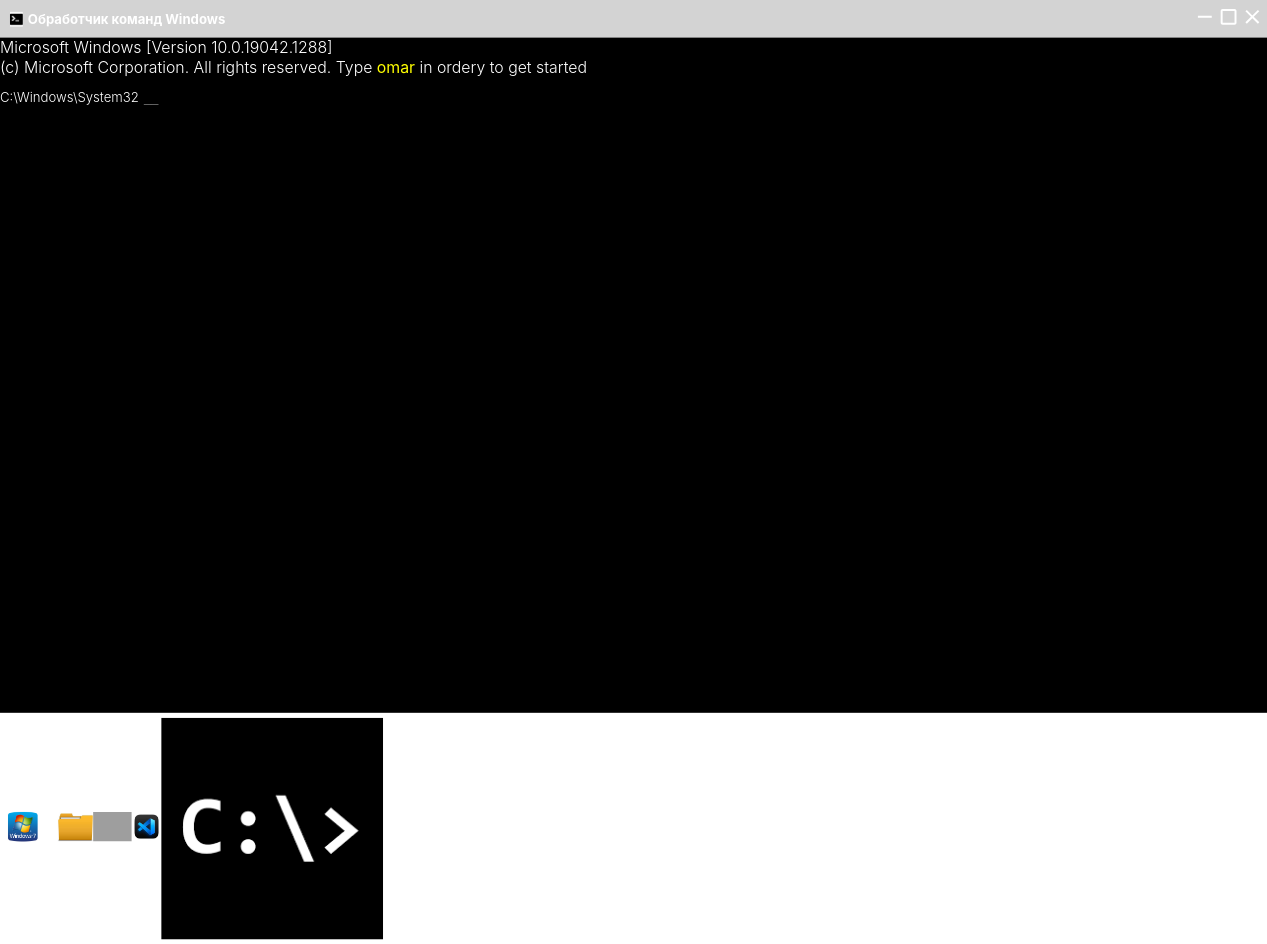
Repository: om1ars/cmd-port
Page: /
An editor plug-in stored every save of this project. The page is shown before and after the next save, followed by the edit.
The browser window is 1280 px wide. The pictures show the whole page, at 99% of full size.
Pictures or frames that could not be fetched are drawn as grey boxes. The project was rebuilt for these pictures with package versions that can differ from the ones it lists, and the page was loaded fresh each time.

Above is the page before, as saved 2021-11-04 17:07:17.

### src/index.css
* {
  margin: 0;
  overflow-x: hidden;
}
body {
  margin: 0;
  font-family: -apple-system, BlinkMacSystemFont, 'Segoe UI', 'Roboto', 'Oxygen',
    'Ubuntu', 'Cantarell', 'Fira Sans', 'Droid Sans', 'Helvetica Neue',
    sans-serif;
  -webkit-font-smoothing: antialiased;
  -moz-osx-font-smoothing: grayscale;
}

code {
  font-family: source-code-pro, Menlo, Monaco, Consolas, 'Courier New',
    monospace;
}

### src/App.js
import { Close, CropSquare, Fastfood, Remove } from "@material-ui/icons";
import { useState } from "react";
import cmd from "./assets/cdm3.png";
import { Footer } from "./Footer";
import "./styles.css";

function App() {
  const [state, setState] = useState("");
  const [stateSecond, setStateSecond] = useState("");
  const [omar, setOmar] = useState("");
  const [please, setPlease] = useState("");
  const [port, setPort] = useState("");
  const [about, setAbout] = useState("");
  const [exit, setExit] = useState("");
  const [shrink, setShrink] = useState(false);
  const [closeIcon, setCloseIcon] = useState(false);

  console.log(state);

  const handleSubmit = (e) => {
    e.preventDefault();
    setState("");
  };

  const handleSubmitSecond = (e) => {
    e.preventDefault();
    setStateSecond("");
  };

  const handleClick = () => {
    if (state === "omar") {
      setOmar("omar");
      setPlease("");
    } else if (state === "") {
      setPlease("Please type something otherwise you can not see anything");
      setOmar("");
    }
  };
  const handleClickSecond = () => {
    if (stateSecond === "exit") {
      setExit("exited");
      setAbout("");
      setPort("");
    } else if (stateSecond === "port") {
      setPort("port");
      setAbout("");
      setExit("");
    } else if (stateSecond === "about") {
      setPort("about");
      setAbout("");
      setExit("");
    }
  };

  const handleShrink = () => {
    setShrink(!shrink);
  };

  const handleCloseIcon = () => {
    setCloseIcon(!closeIcon);
  };

  return (
    <>
    <div
      className={`App__container ${shrink && `shrink`} ${closeIcon && `close`}`}
    >
      <div className="App__navbar">
        <div className="left">
          <img src={cmd} />
          <h5>Обработчик команд Windows</h5>
        </div>
        <div className="right">
          <Remove />
          <CropSquare onClick={handleShrink} />
          <Close onClick={handleCloseIcon} />
        </div>
      </div>
      <div className="app__context">
        <p>
          Microsoft Windows [Version 10.0.19042.1288] <br /> (c) Microsoft
          Corporation. All rights reserved. Type <span> omar </span> in ordery
          to get started
        </p>
        <h5>
          C:\Windows\System32
          <form onSubmit={handleSubmit}>
            <input
              value={state}
              onChange={(e) => setState(e.target.value)}
              type="text"
              placeholder="__"
            />
            <button type="submit" onClick={handleClick}></button>
          </form>
        </h5>
        {please && <h1>{please}</h1>}
        {omar && (
          <div className="second__layer">
            <h1>My name is Omar and I am a Fullstack Developer</h1>
            <p>
              Type <span>port</span> to get my portfolio
            </p>
            <p>
              Type <span>about</span> to get about me
            </p>
            <p>
              Type <span>exit</span> to quit
            </p>
            <h5>
              C:\Windows\System32
              <form onSubmit={handleSubmitSecond}>
                <input
                  value={stateSecond}
                  onChange={(e) => setStateSecond(e.target.value)}
                  type="text"
                  placeholder="__"
                />
                <button type="submit" onClick={handleClickSecond}></button>
              </form>
            </h5>
          </div>
        )}
        {port && <p className="">{port}</p>}
        {about && <p className="">{about}</p>}
        {exit && <p className="">{exit}</p>}
      </div>
    </div>
    <Footer />
    </>
  );
}

export default App;

### src/Footer.js
import React from "react";
import cdm from "./assets/cdm.png";
import vs from "./assets/vs.jpg";
import google from "./assets/google.png";
import folderd from "./assets/folderd.jpg";
import windows from "./assets/windows.jpg";

export const Footer = () => {
  return (
    <div className="footer">
      <div className="icons">
        <div>
          <img className="windows" src={windows} />
        </div>
        <div>
          <img src={folderd} />
        </div>
        <div>
          <img src={google} />
        </div>
        <div>
          <img src={vs} />
        </div>
        <div></div>

        <img src={cdm} />
      </div>
      <div className="hours"></div>
    </div>
  );
};

### src/styles.css
.App__container {
  background-color: black;
  min-height: 100vh;
  color: white;
}
.App__navbar {
  /* height: 25px; */
  width: 99%;
  padding-right: 25px;
  background-color: lightgray;
  padding-left: 10px;
  padding-top: 5px;
  display: flex;
  padding-bottom: 5px;
  align-items: center;
}
.App__navbar > h5 {
  color: black;
}
.left {
  display: flex;
  align-items: center;
}
.left > img {
  height: 15px;
  margin-right: 5px;
  object-fit: contain;
}

.app__context > p {
  font-weight: 300;
}
.app__context > h5 {
  margin-top: 12px;
  font-weight: 300;
  margin-right: 5px;
}

input {
  border: none;
  outline: none;
  width: 80%;
  background-color: black;
}
input {
  color: yellow;
  margin-left: 3px;
}
button {
  display: none;
}
.app__context > h5 {
  display: flex;
}
.app__context > p > span {
  color: yellow;
  font-weight: 400;
}
.App__navbar {
  display: flex;
  align-items: center;
  justify-content: space-between;
}
.please {
  color: yellow;
  font-weight: 400;
}

.second__layer {
  display: flex;
  flex-direction: column;
}
.second__layer > p > span {
  color: yellow;
  font-weight: 400;
  margin-bottom: 10px;
}

.second__layer > h5 {
  margin-top: 25px;
}
.shrink {
  width: 800px;
  min-height: 500px;
  margin: auto;
}
.close {
  display: none;
}

.footer {
  display: flex;
  justify-content: space-between;
  align-items: center;
  padding: 5px 8px;
}
.icons {
  display: flex;
  align-items: center;
  justify-content: space-around;
  flex: 0.3;
}
.icons > div > img {
  height: 30px;
  object-fit: contain;
  cursor: pointer;
}
.icons:hover > div {
  background-color: gray;
}
.windows {
  margin-right: 20px;
}

Loaded but not shown: public/index.html (common file); src/index.js (common file)

After the next save:
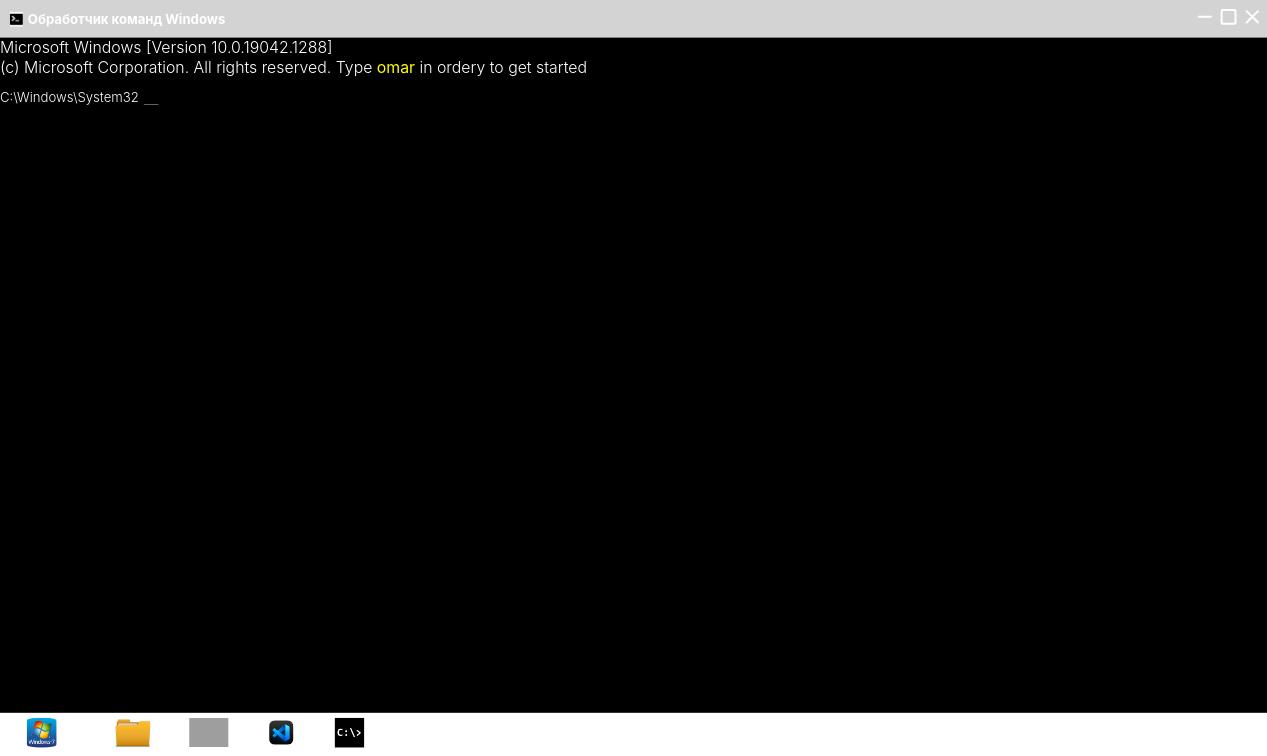
Saved 4 s later.
--- a/src/Footer.js
+++ b/src/Footer.js
@@ -21,9 +21,9 @@
         <div>
           <img src={vs} />
         </div>
-        <div></div>
-
-        <img src={cdm} />
+        <div>
+          <img src={cdm} />
+        </div>
       </div>
       <div className="hours"></div>
     </div>
